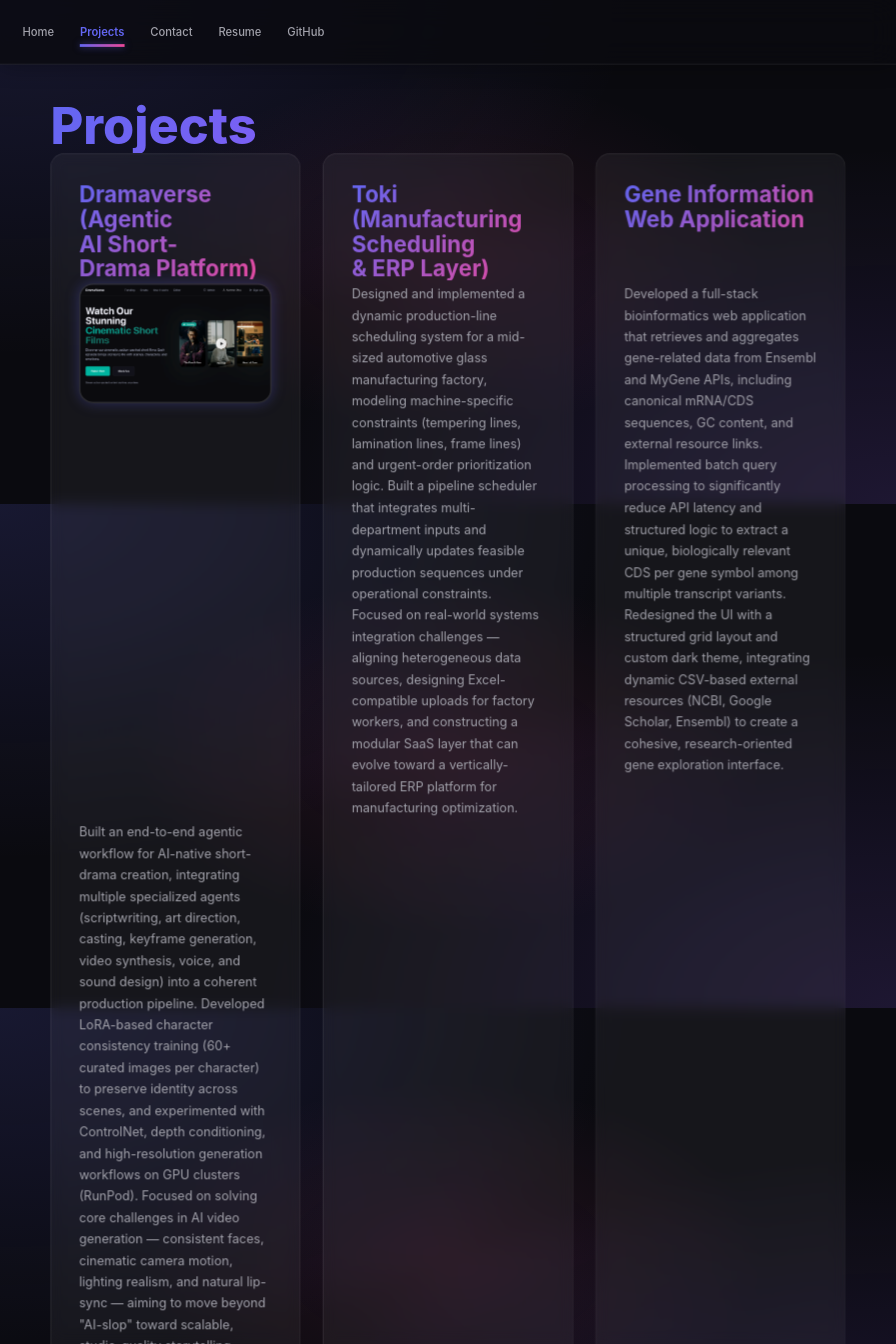
Repository: SummerZ27/personal-website
Page: projects/index.html
The author's editor kept a copy of each file at every save. The page is drawn from the files as they stood at one save, then again after the next save.
The browser window is 1280 px wide. The pictures show the part of the page from y = 0 to 1920 px (the page is 3093 px tall before and 2502 px after), at 70% of full size.
Backgrounds fixed to the window are drawn as part of the page.

Above is the page before, as saved 2026-02-13 13:39:29.

After the next save:
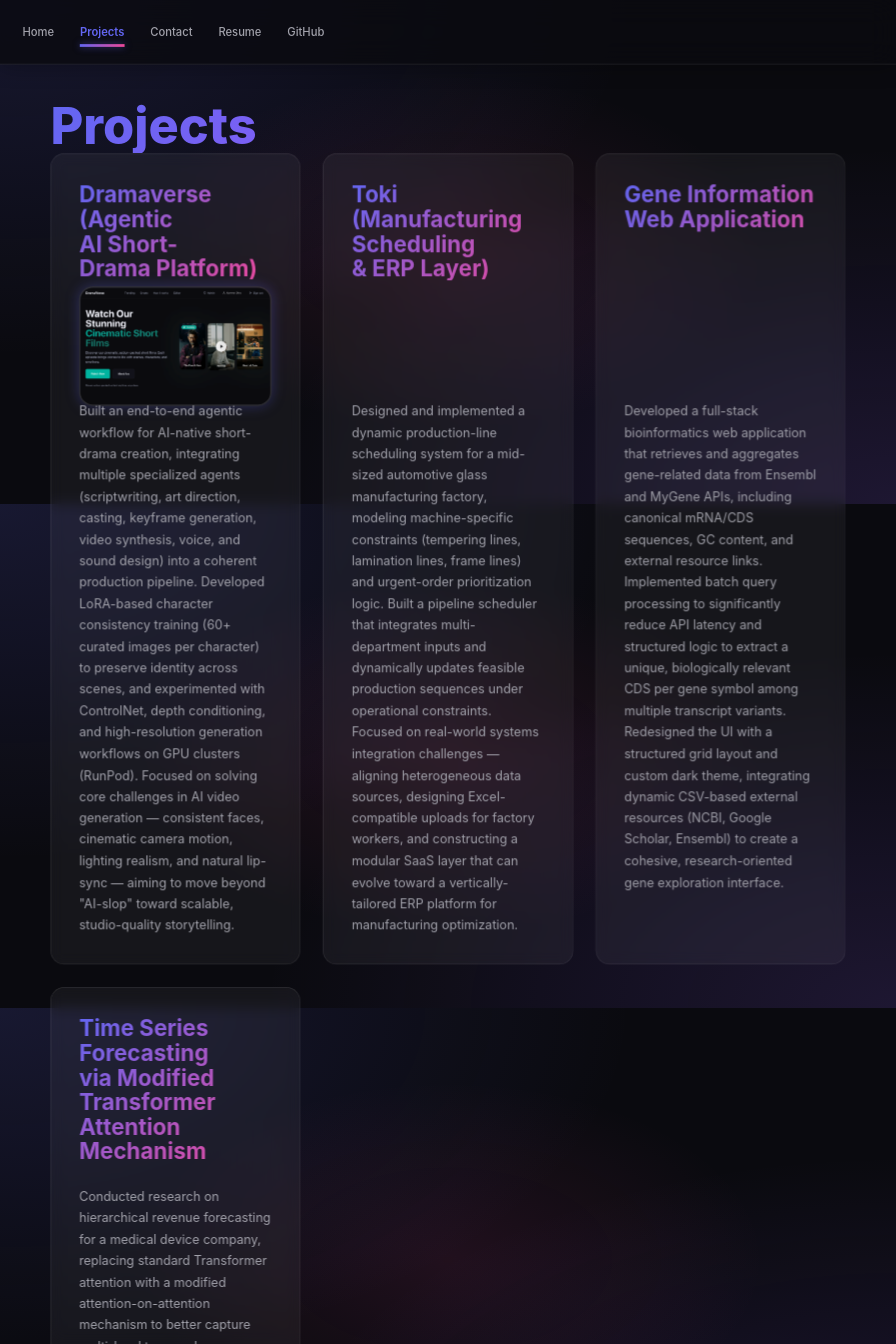
Saved 45 s later.
--- a/style.css
+++ b/style.css
@@ -276,21 +276,23 @@ section h2 {
     grid-template-rows: subgrid;
     grid-row: span 3;
     margin-bottom: 0;
-    row-gap: 0.25rem;
+    row-gap: 0;
     align-content: start;
 }
 
 .projects section h2 {
-    margin: 0;
+    margin: 0 0 0.5rem 0;
 }
 
 .projects section img {
     margin: 0;
     display: block;
+    grid-row: 2;
 }
 
 .projects section p {
-    margin: 0;
+    margin: -0.5rem 0 0 0;
+    grid-row: 3;
 }
 
 /* Article Styles */
